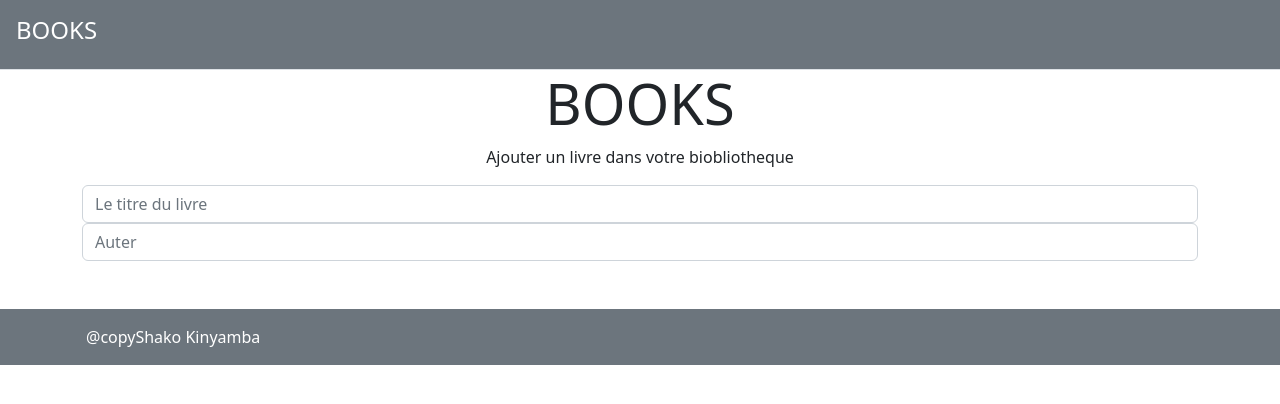
Repository: SKB-TECH/Books
Page: /
These files come from the project's save history. The page is drawn as it stood at one moment and after a run of saves; the edit follows.
The browser window is 1280 px wide. The pictures show the whole page.
The project was rebuilt for these pictures with package versions that can differ from the ones it lists, and the page was loaded fresh each time. Also part of the build but not shown: vite.config.js.

Above is the page before, as saved 2022-11-09 15:45:29.

### src/main.jsx
import React from 'react'
import ReactDOM from 'react-dom/client'
import App from './App'
import 'bootstrap/dist/css/bootstrap.min.css'

ReactDOM.createRoot(document.getElementById('root')).render(
  <React.StrictMode>
    <App />
  </React.StrictMode>
)

### src/App.jsx
import React from 'react';
import Footer from './components/Footer';
import Navbar from './components/Navbar';
import AddBooks from './Containers/AddBooks'
const App = () => {
  return (
    <div className='App'>
      <Navbar />
      <AddBooks />
      <Footer />
    </div>
  );
};

export default App;

### src/components/Footer.jsx
import React from 'react';

const Footer = () => {
    return (
        <footer className='footer text-white bg-secondary mt-5'>
            <div className='container p-3'>
                <span>
                    @copyShako Kinyamba
                </span>
            </div>
        </footer>
    );
};

export default Footer;

### src/components/Navbar.jsx
import React from 'react';

const Navbar = () => {
    return (
        <header>
            <div className='d-flex flex-column flex-md-row p-3 border-bottom bg-secondary text-white'>
                <h4 className='mr-md-auto'>
                    <a href="/" className='text-decoration-none text-white'>BOOKS</a>
                </h4>
            </div>
            {/* Menu principl */}
        </header>
    );
};

export default Navbar;

### src/Containers/AddBooks.jsx
import React from 'react';

const AddBooks = () => {
    return (
        <main role="main">
            <div className='jumbotron jumbotron-fluid'>
                <div className='container text-center'>
                    <h1 className='display-4'>
                        BOOKS
                    </h1>
                    <p>
                        Ajouter un livre dans votre biobliotheque
                    </p>

                    <form action="" className='form-inline justify-content-center'>
                        <div className='form-group'>
                            <input type="text"
                                className='form-control'
                                placeholder='Le titre du livre'
                                required
                            />
                        </div>
                        <div className='form-group'>
                            <input type="text"
                                className='form-control ml-3'
                                placeholder='Auter'
                                required
                            />
                        </div>
                    </form>
                </div>
            </div>
        </main>
    );
};

export default AddBooks;

Loaded but not shown: index.html (common file)

After the next 2 saves:
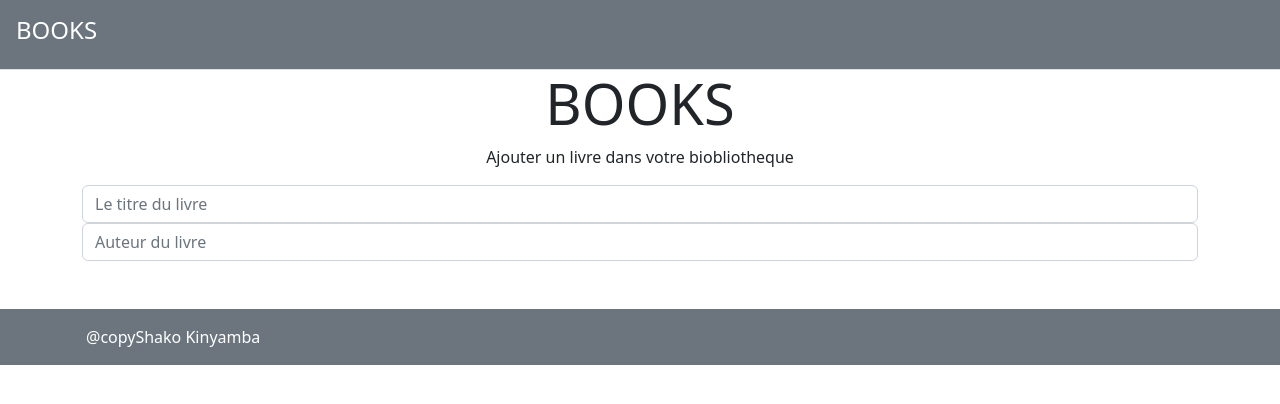
The 2 saves are shown as one change because they came seconds apart.
The last was saved 7 s later.
--- a/src/Containers/AddBooks.jsx
+++ b/src/Containers/AddBooks.jsx
@@ -23,7 +23,7 @@ const AddBooks = () => {
                         <div className='form-group'>
                             <input type="text"
                                 className='form-control ml-3'
-                                placeholder='Auter'
+                                placeholder='Auteur du livre'
                                 required
                             />
                         </div>
